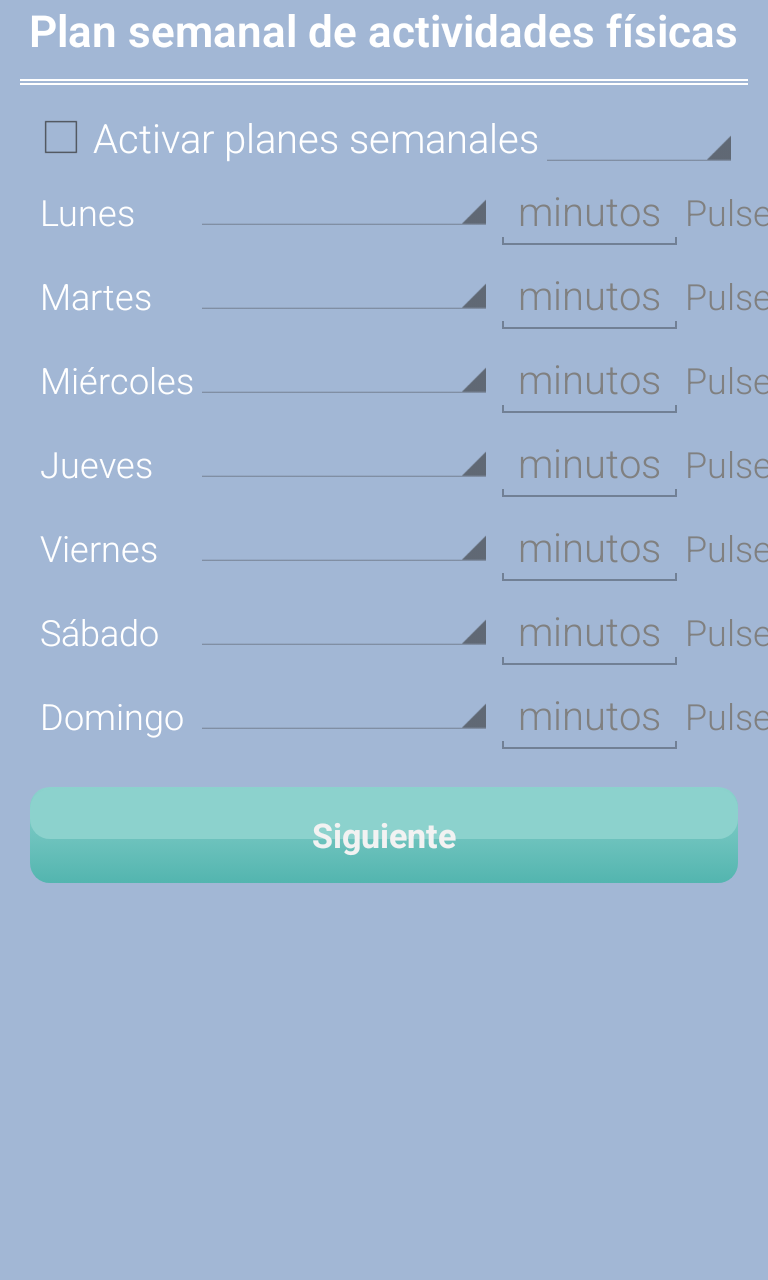
Repository: HectorGarciaMiguel/ssii-diabetes-060036
Layout: SeguimientoDiabetes/res/layout/activity_configuracion3.xml
These files come from the project's save history. The layout is drawn as it stood at one moment and after the next save; the edit follows.
It is drawn on a 768 x 1280 px phone screen (xhdpi) without system bars, with theme AppTheme; the app's code is not run.

Above is the layout before, as saved 2015-11-19 20:33:09.

### SeguimientoDiabetes/res/layout/activity_configuracion3.xml
<LinearLayout xmlns:android="http://schemas.android.com/apk/res/android"
    xmlns:tools="http://schemas.android.com/tools"
    android:layout_width="fill_parent"
    android:layout_height="fill_parent"
    android:orientation="vertical"
    android:layout_margin="5dp"
    tools:context=".Configuracion3Activity" >

    <LinearLayout
        android:layout_width="fill_parent"
        android:layout_height="wrap_content"
        android:orientation="horizontal"
        android:gravity="center">

        <TextView
            android:id="@+id/textView1"
            android:layout_width="wrap_content"
            android:layout_height="wrap_content"
            android:text="Plan semanal de actividades físicas"
           	style="@style/RobotoStyleTextViewNegrita" />

    </LinearLayout>

          <View
              android:layout_width="wrap_content"
              android:layout_height="1dp"
              android:layout_marginBottom="1dp"
              android:layout_marginLeft="10dp"
              android:layout_marginRight="10dp"
              android:layout_marginTop="10dp"
              android:background="#FFFFFF" />

          <View
              android:layout_width="wrap_content"
              android:layout_height="1dp"
              android:layout_marginBottom="10dp"
              android:layout_marginLeft="10dp"
              android:layout_marginRight="10dp"
              android:background="#FFFFFF" />

    <LinearLayout
        android:layout_width="fill_parent"
        android:layout_height="wrap_content"
        android:orientation="horizontal"
        android:gravity="center">

        <CheckBox
            android:id="@+id/checkBox1"
            style="@style/RobotoStyle"
            android:layout_width="wrap_content"
            android:layout_height="wrap_content"
            android:text="Activar planes semanales" />

    	<Spinner
    	    android:id="@+id/spinner1"
    	    android:layout_width="100dp"
    	    android:layout_height="wrap_content" />

    </LinearLayout>

    <TableLayout
        android:stretchColumns="0"
        android:layout_width="fill_parent"
        android:layout_height="wrap_content"
        >
    <TableRow

        android:orientation="horizontal"
        android:layout_marginLeft="20dp">

        <TextView
            android:id="@+id/textView2"
            android:layout_width="wrap_content"
            android:layout_height="wrap_content"
            android:text="Lunes" />

        <Spinner
            android:id="@+id/spinner2"
            android:layout_width="150dp"
            android:layout_height="wrap_content" />

        <EditText
            android:id="@+id/editText1"
            android:layout_width="wrap_content"
            android:layout_height="wrap_content"
            android:hint="minutos"
            android:inputType="number" >

        </EditText>

        <TextView
            android:id="@+id/textView3"
            android:layout_width="wrap_content"
            android:layout_height="wrap_content"
            android:hint="Pulse aqui"
            android:inputType="time"
            android:onClick="showDialog(TIME_DIALOG_ID)" />

    </TableRow>

    <TableRow
        android:layout_width="fill_parent"
        android:layout_height="wrap_content"
        android:orientation="horizontal"
        android:layout_marginLeft="20dp">

        <TextView
            android:id="@+id/textView4"
            android:layout_width="wrap_content"
            android:layout_height="wrap_content"
            android:text="Martes" />

        <Spinner
            android:id="@+id/spinner3"
            android:layout_width="150dp"
            android:layout_height="wrap_content" />

        <EditText
            android:id="@+id/editText2"
            android:layout_width="wrap_content"
            android:layout_height="wrap_content"
            android:hint="minutos"
            android:inputType="number" />

        <TextView
            android:id="@+id/textView5"
            android:layout_width="wrap_content"
            android:layout_height="wrap_content"
            android:hint="Pulse aqui"
            android:inputType="time"
            android:onClick="showDialog(TIME_DIALOG_ID)" />

    </TableRow>

    <TableRow
        android:layout_width="fill_parent"
        android:layout_height="wrap_content"
        android:orientation="horizontal"
        android:layout_marginLeft="20dp">

        <TextView
            android:id="@+id/textView6"
            android:layout_width="wrap_content"
            android:layout_height="wrap_content"
            android:text="Miércoles" />

        <Spinner
            android:id="@+id/spinner4"
            android:layout_width="150dp"
            android:layout_height="wrap_content" />

        <EditText
            android:id="@+id/editText3"
            android:layout_width="wrap_content"
            android:layout_height="wrap_content"
            android:hint="minutos"
            android:inputType="number" />

        <TextView
            android:id="@+id/textView7"
            android:layout_width="wrap_content"
            android:layout_height="wrap_content"
            android:hint="Pulse aqui"
            android:inputType="time"
            android:onClick="showDialog(TIME_DIALOG_ID)" />

    </TableRow>

    <TableRow
        android:layout_width="fill_parent"
        android:layout_height="wrap_content"
        android:orientation="horizontal"
        android:layout_marginLeft="20dp">

        <TextView
            android:id="@+id/textView8"
            android:layout_width="wrap_content"
            android:layout_height="wrap_content"
            android:text="Jueves" />

        <Spinner
            android:id="@+id/spinner5"
            android:layout_width="150dp"
            android:layout_height="wrap_content" />

        <EditText
            android:id="@+id/editText4"
            android:layout_width="wrap_content"
            android:layout_height="wrap_content"
            android:hint="minutos"
            android:inputType="number" />

        <TextView
            android:id="@+id/textView9"
            android:layout_width="wrap_content"
            android:layout_height="wrap_content"
            android:hint="Pulse aqui"
            android:inputType="time"
            android:onClick="showDialog(TIME_DIALOG_ID)" />

    </TableRow>

    <TableRow
        android:layout_width="fill_parent"
        android:layout_height="wrap_content"
        android:orientation="horizontal"
        android:layout_marginLeft="20dp" >

        <TextView
            android:id="@+id/textView10"
            android:layout_width="wrap_content"
            android:layout_height="wrap_content"
            android:text="Viernes" />

        <Spinner
            android:id="@+id/spinner6"
            android:layout_width="150dp"
            android:layout_height="wrap_content" />

        <EditText
            android:id="@+id/editText5"
            android:layout_width="wrap_content"
            android:layout_height="wrap_content"
            android:hint="minutos"
            android:inputType="number" />

        <TextView
            android:id="@+id/textView11"
            android:layout_width="wrap_content"
            android:layout_height="wrap_content"
            android:hint="Pulse aqui"
            android:inputType="time"
            android:onClick="showDialog(TIME_DIALOG_ID)" />

    </TableRow>

    <TableRow
        android:layout_width="fill_parent"
        android:layout_height="wrap_content"
        android:orientation="horizontal"
        android:layout_marginLeft="20dp">

        <TextView
            android:id="@+id/textView12"
            android:layout_width="wrap_content"
            android:layout_height="wrap_content"
            android:text="Sábado" />

        <Spinner
            android:id="@+id/spinner7"
            android:layout_width="150dp"
            android:layout_height="wrap_content" />

        <EditText
            android:id="@+id/editText6"
            android:layout_width="wrap_content"
            android:layout_height="wrap_content"
            android:hint="minutos"
            android:inputType="number" />

        <TextView
            android:id="@+id/textView13"
            android:layout_width="wrap_content"
            android:layout_height="wrap_content"
            android:hint="Pulse aqui"
            android:inputType="time"
            android:onClick="showDialog(TIME_DIALOG_ID)" />

    </TableRow>

    <TableRow
        android:layout_width="fill_parent"
        android:layout_height="wrap_content"
        android:orientation="horizontal"
        android:layout_marginLeft="20dp">

        <TextView
            android:id="@+id/textView14"
            android:layout_width="wrap_content"
            android:layout_height="wrap_content"
            android:text="Domingo" />

        <Spinner
            android:id="@+id/spinner8"
            android:layout_width="150dp"
            android:layout_height="wrap_content" />

        <EditText
            android:id="@+id/editText7"
            android:layout_width="wrap_content"
            android:layout_height="wrap_content"
            android:hint="minutos"
            android:inputType="number" />

        <TextView
            android:id="@+id/textView15"
            android:layout_width="wrap_content"
            android:layout_height="wrap_content"
            android:hint="Pulse aqui"
            android:inputType="time"
            android:onClick="showDialog(TIME_DIALOG_ID)" />

    </TableRow>

    </TableLayout>


    <LinearLayout
        android:layout_width="fill_parent"
        android:layout_height="wrap_content"
        android:orientation="horizontal">

        <Button
            android:id="@+id/button1"
            android:background="@drawable/mibotonverde"
        	style="@style/Boton"
            android:onClick="lanzarConfiguracion4"
            android:text="Siguiente" />

    </LinearLayout>
</LinearLayout>

### SeguimientoDiabetes/res/drawable/mibotonverde.xml
<?xml version="1.0" encoding="utf-8"?>
<selector xmlns:android="http://schemas.android.com/apk/res/android" >

 <item android:state_pressed="true">
     <layer-list >
       <item >
           <shape android:shape="rectangle">
            <gradient
  				  android:startColor="#104849"
                  android:endColor="#0B393A"
                  android:angle="-90"
                  android:type="linear"
                  />
            <corners android:radius="10dp" />
            </shape>
            </item>
            <item android:top="1dp" android:bottom="22dp" >
 	 <shape android:shape="rectangle">
  				<solid android:color="#104849"/>
              <corners android:radius="10dp" />

            </shape>
      </item>
      </layer-list>
  </item>




<item android:state_focused="true">
     <layer-list >
       <item >
           <shape android:shape="rectangle">
            <gradient
  				  android:startColor="#104849"
                  android:endColor="#0B393A"
                  android:angle="-90"
                  android:type="linear"
                  />
            <corners android:radius="10dp" />
            </shape>
            </item>
            <item android:top="1dp" android:bottom="50px" >
  <shape android:shape="rectangle">
  <solid android:color="#104849"/>
              <corners android:radius="10dp" />

            </shape>
      </item>
      </layer-list>
  </item>







 <item>
     <layer-list >
       <item >
           <shape android:shape="rectangle">
            <gradient
  				  android:startColor="#8CD2CD"
                  android:endColor="#53B5AF"
                  android:angle="-90"
                  android:type="linear"
                  />
			<corners android:radius="10dp" />
			</shape>
        </item>
        <item android:top="1dp" android:bottom="22dp" >
  			<shape android:shape="rectangle">
  			<solid android:color="#8CD2CD"/>
       			<corners android:radius="10dp" />
           </shape>
      </item>
      </layer-list>
  </item>
</selector>

Loaded but not shown: SeguimientoDiabetes/res/values/styles.xml (common file); SeguimientoDiabetes/res/values-v11/styles.xml (common file); SeguimientoDiabetes/res/values-v14/styles.xml (common file)

After the next save:
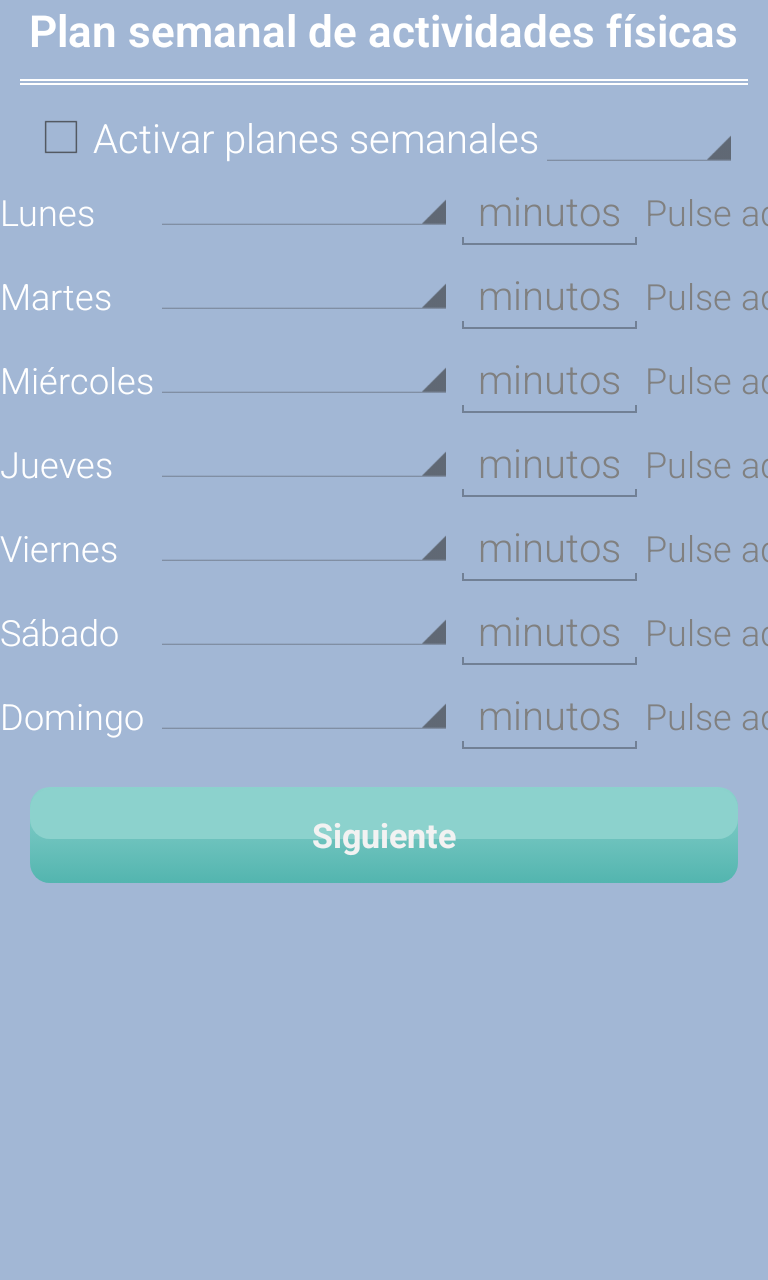
Saved 46 s later.
--- a/SeguimientoDiabetes/res/layout/activity_configuracion3.xml
+++ b/SeguimientoDiabetes/res/layout/activity_configuracion3.xml
@@ -62,11 +62,9 @@
         android:stretchColumns="0"
         android:layout_width="fill_parent"
         android:layout_height="wrap_content"
+        android:dividerPadding="7dp"
         >
-    <TableRow
-
-        android:orientation="horizontal"
-        android:layout_marginLeft="20dp">
+    <TableRow>
 
         <TextView
             android:id="@+id/textView2"
@@ -98,11 +96,7 @@
 
     </TableRow>
 
-    <TableRow
-        android:layout_width="fill_parent"
-        android:layout_height="wrap_content"
-        android:orientation="horizontal"
-        android:layout_marginLeft="20dp">
+    <TableRow>
 
         <TextView
             android:id="@+id/textView4"
@@ -132,11 +126,7 @@
 
     </TableRow>
 
-    <TableRow
-        android:layout_width="fill_parent"
-        android:layout_height="wrap_content"
-        android:orientation="horizontal"
-        android:layout_marginLeft="20dp">
+    <TableRow>
 
         <TextView
             android:id="@+id/textView6"
@@ -166,11 +156,7 @@
 
     </TableRow>
 
-    <TableRow
-        android:layout_width="fill_parent"
-        android:layout_height="wrap_content"
-        android:orientation="horizontal"
-        android:layout_marginLeft="20dp">
+    <TableRow>
 
         <TextView
             android:id="@+id/textView8"
@@ -200,11 +186,7 @@
 
     </TableRow>
 
-    <TableRow
-        android:layout_width="fill_parent"
-        android:layout_height="wrap_content"
-        android:orientation="horizontal"
-        android:layout_marginLeft="20dp" >
+    <TableRow >
 
         <TextView
             android:id="@+id/textView10"
@@ -234,11 +216,7 @@
 
     </TableRow>
 
-    <TableRow
-        android:layout_width="fill_parent"
-        android:layout_height="wrap_content"
-        android:orientation="horizontal"
-        android:layout_marginLeft="20dp">
+    <TableRow>
 
         <TextView
             android:id="@+id/textView12"
@@ -268,11 +246,7 @@
 
     </TableRow>
 
-    <TableRow
-        android:layout_width="fill_parent"
-        android:layout_height="wrap_content"
-        android:orientation="horizontal"
-        android:layout_marginLeft="20dp">
+    <TableRow>
 
         <TextView
             android:id="@+id/textView14"
